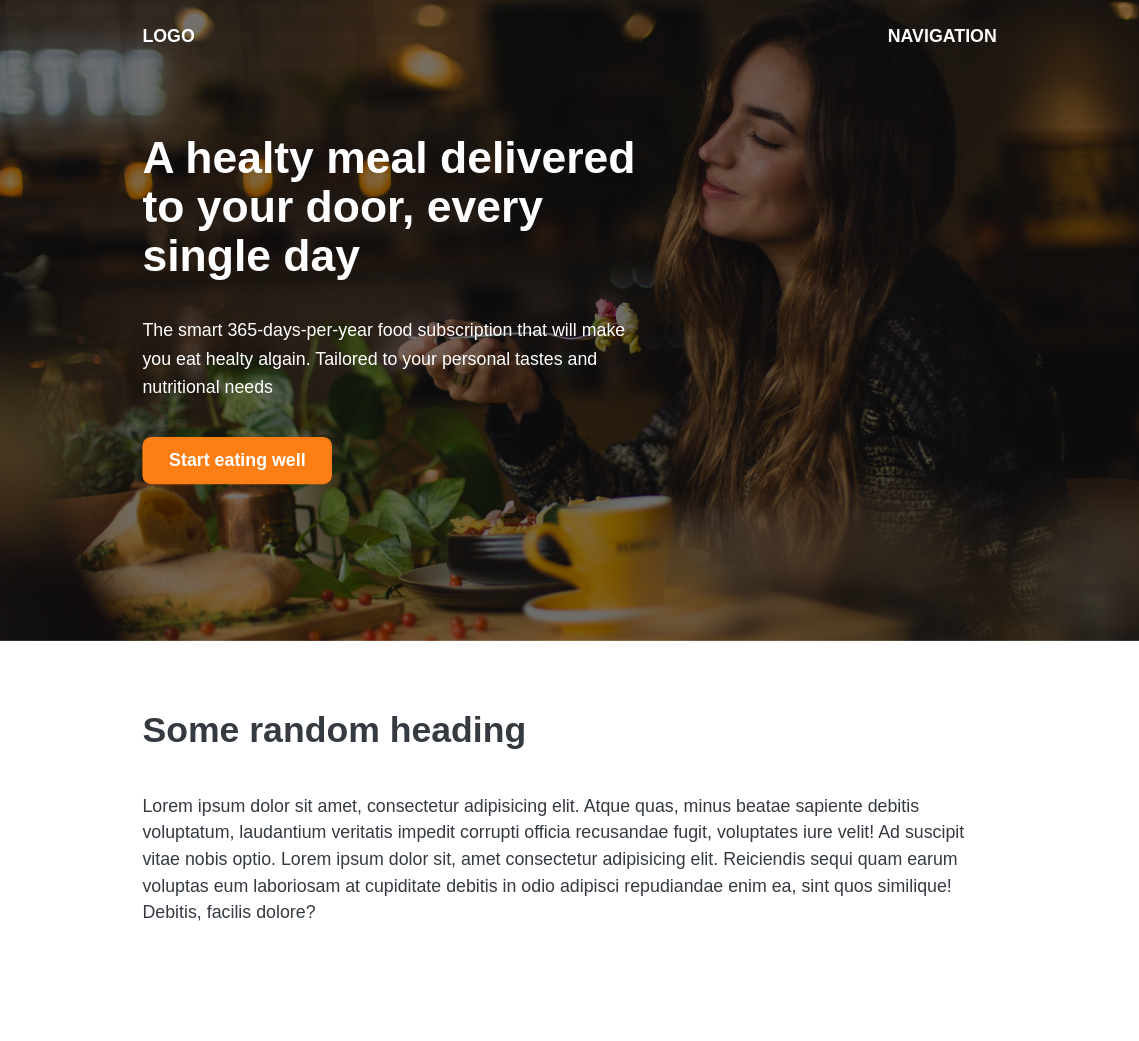
Repository: Ahmed123rezk123/06-Components
Page: hero.html
These files come from the project's save history. The page is drawn as it stood at one moment and after the next save; the edit follows.
The browser window is 1280 px wide. The pictures show the whole page, at 89% of full size.

Above is the page before, as saved 2024-09-18 09:39:30.

### hero.html
<!DOCTYPE html>
<html lang="en">
  <head>
    <meta charset="UTF-8" />
    <meta name="viewport" content="width=device-width, initial-scale=1.0" />
    <link rel="preconnect" href="https://fonts.gstatic.com" />
    <link rel="preconnect" href="https://fonts.googleapis.com" />
    <link rel="preconnect" href="https://fonts.gstatic.com" crossorigin />
    <link
      href="https://fonts.googleapis.com/css2?family=Hanken+Grotesk:ital,wght@0,100..900;1,100..900&display=swap"
      rel="stylesheet"
    />
    <style>
      * {
        margin: 0;
        padding: 0;
        box-sizing: border-box;
      }

      body {
        font-family: "Rubik", sans-serif;
        /* font-family: "Hanken Grotesk", system-ui; */
        /* color: #343a40;
        background-color: #f8f9fa; */
        line-height: 1;
      }
      header {
        position: relative;
        background-image: url(/hero.jpg);
        background-repeat: no-repeat;
        background-size: cover;
        height: 100vh;
      }
      header::after {
        content: "";
        position: absolute;
        width: 100%;
        height: 100%;
        background-color: rgba(0, 0, 0, 0.5);
        top: 0;
        left: 0;
      }
      .container {
        margin: 0 150px;
        padding: 30px 10px;
      }
      nav {
        display: flex;
        justify-content: space-between;
        align-items: center;
      }
      nav div {
        color: #fff;
        font-size: 20px;
        font-weight: bold;
        text-transform: uppercase;
        z-index: 2;
      }
      .header-container {
        position: relative;
        margin-top: 40px;
        max-width: 600px;
        color: #fff;
        z-index: 3;
      }
      .header-container-inner h1 {
        font-size: 50px;
        line-height: 1.1;
        margin-bottom: 40px;
      }
      .header-container-inner p {
        line-height: 1.6;
        font-size: 20px;
        margin-bottom: 40px;
      }
      .btn {
        padding: 15px 30px;
        font-size: 20px;
        color: #fff;
        background-color: #fd7e14;
        cursor: pointer;
        border-radius: 10px;
        border: none;
        font-weight: bold;
        margin-bottom: 0;
      }
      section h1 {
        margin: 50px 0;
        font-size: 40px;
        font-weight: bold;
        color: #343a40;
      }
      section p {
        font-size: 20px;
        line-height: 1.5;
        color: #343a40;
        margin-bottom: 100px;
      }
    </style>
    <title>Pagination</title>
  </head>
  <body>
    <header>
      <nav class="container">
        <div>logo</div>
        <div>NAVIGATION</div>
      </nav>
      <div class="header-container container">
        <div class="header-container-inner">
          <h1>A healty meal delivered to your door, every single day</h1>
          <p>
            The smart 365-days-per-year food subscription that will make you eat
            healty algain. Tailored to your personal tastes and nutritional
            needs
          </p>
          <button class="btn">Start eating well</button>
        </div>
      </div>
    </header>
    <section class="container">
      <h1>Some random heading</h1>
      <p>
        Lorem ipsum dolor sit amet, consectetur adipisicing elit. Atque quas,
        minus beatae sapiente debitis voluptatum, laudantium veritatis impedit
        corrupti officia recusandae fugit, voluptates iure velit! Ad suscipit
        vitae nobis optio. Lorem ipsum dolor sit, amet consectetur adipisicing
        elit. Reiciendis sequi quam earum voluptas eum laboriosam at cupiditate
        debitis in odio adipisci repudiandae enim ea, sint quos similique!
        Debitis, facilis dolore?
      </p>
    </section>
  </body>
</html>

After the next save:
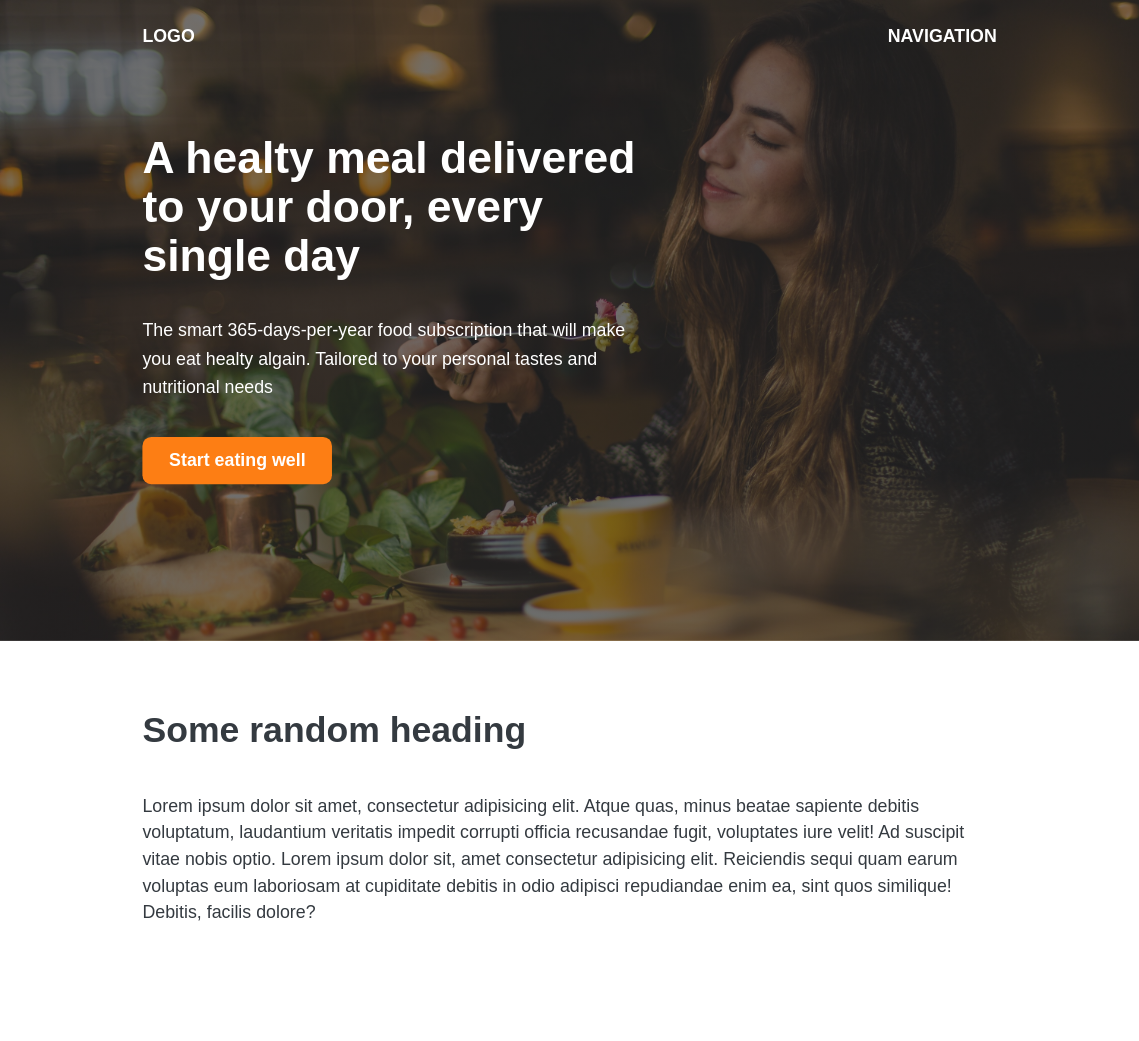
Saved 11 min 21 s later.
--- a/hero.html
+++ b/hero.html
@@ -26,12 +26,16 @@
       }
       header {
         position: relative;
-        background-image: url(/hero.jpg);
+        background-image: linear-gradient(
+            rgba(34, 34, 34, 0.6),
+            rgba(34, 34, 34, 0.6)
+          ),
+          url(/hero.jpg);
         background-repeat: no-repeat;
         background-size: cover;
         height: 100vh;
       }
-      header::after {
+      /* header::after {
         content: "";
         position: absolute;
         width: 100%;
@@ -39,7 +43,7 @@
         background-color: rgba(0, 0, 0, 0.5);
         top: 0;
         left: 0;
-      }
+      } */
       .container {
         margin: 0 150px;
         padding: 30px 10px;
